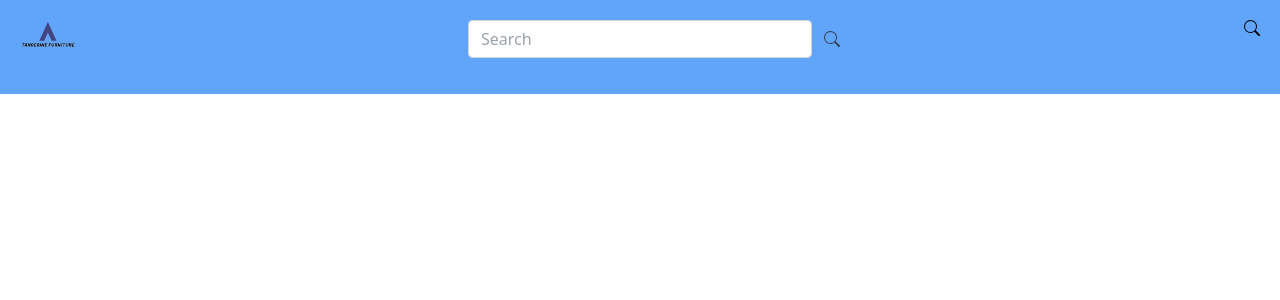
Repository: DevLaukey/Jitu-final
Page: / (app in frontend/)
These files come from the project's save history. The page is drawn as it stood at one moment and after the next save; the edit follows.
The browser window is 1280 px wide. The pictures show the whole page.
The project was rebuilt for these pictures with package versions that can differ from the ones it lists, and the page was loaded fresh each time.

Above is the page before, as saved 2022-07-13 13:07:21.

After the next save:
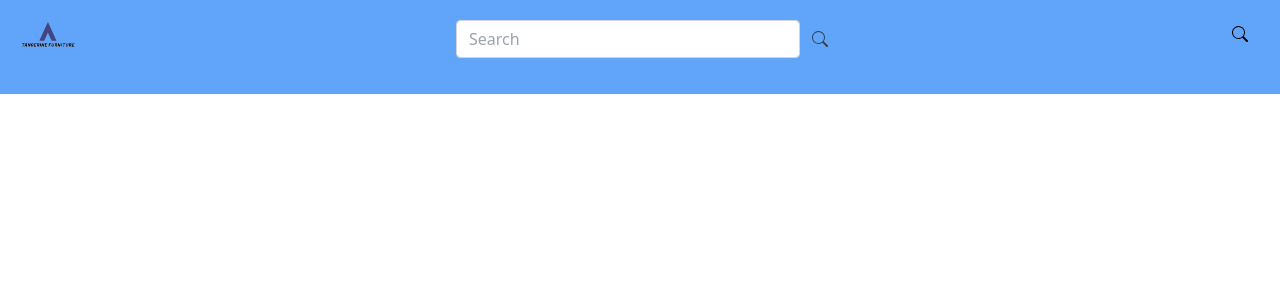
Saved 10 s later.
--- a/frontend/src/components/Navbar.js
+++ b/frontend/src/components/Navbar.js
@@ -34,10 +34,8 @@ function Navbar() {
           </div>
         </div>
       </div>
-      <div  class="items-center text-center whitespace-nowrap rounded">
-
-          <BsSearch />
-
+      <div class="items-center px-3 py-1.5  text-center whitespace-nowrap rounded">
+        <BsSearch />
       </div>
     </header>
   );
